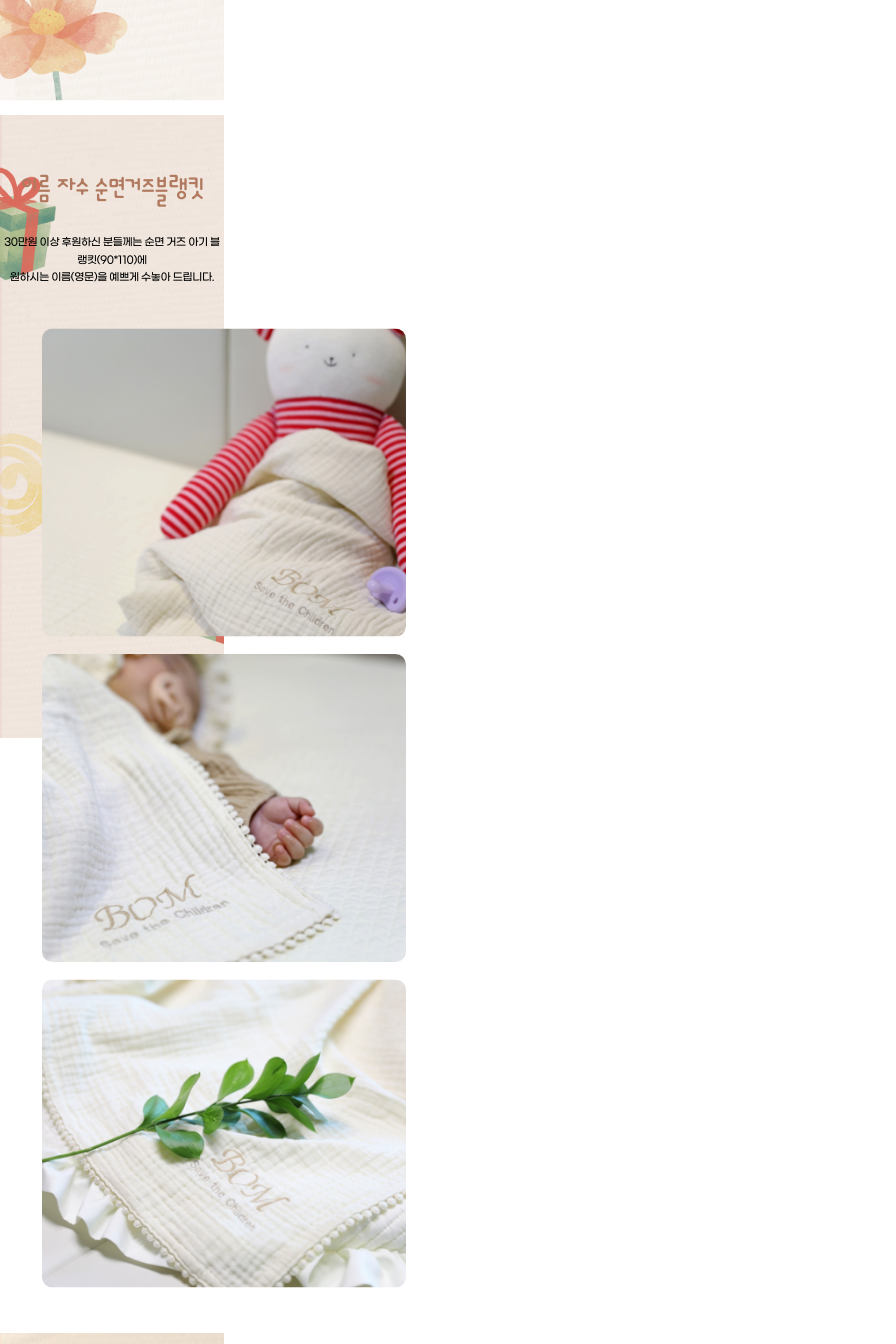
Repository: dlgywls1130/save_the_m320
Page: index.html
These files come from the project's save history. The page is drawn as it stood at one moment and after the next save; the edit follows.
The browser window is 1280 px wide. The pictures show the part of the page from y = 2975 to 4895 px (the page is 8180 px tall), at 70% of full size.

Above is the page before, as saved 2023-12-21 01:20:21.

### index.html
<!DOCTYPE html>
<html lang="en">
<head>
    <meta charset="UTF-8">
    <meta name="viewport" content="width=device-width, initial-scale=1.0">
    <title>세이브더칠드런</title>

    <link rel="stylesheet" href="./css/reset.css">
    <link rel="stylesheet" href="./css/style.css">

</head>
<body>
    <div class="content_body">
        <section class="section_wrapper section01">
            <div class="se01 se_wrapper">
                <div class="seo01_mobile_wrapp">
                    <div class="se01_sub">
                        <div class="sub_logo">
                            <img src="./img/logo01.png" alt="logo">
                        </div>
                        <p>우리 아기 좋은 날 기부</p>
                    </div>
                    <p class="seo01_title">
                        아가야,
                    </p>
                    <p class="seo01_title_two">
                        너의 <span id="rollingText">탄생</span> 순간을 축하해!
                    </p>
                </div>
                <div class="seo01_mobile_wrapp_bottom">
                    <p class="section_descript mb-45">
                        아이의 건강과 행복을
                        <br>바라는 마음을 담아,
                        <br>탄생, 백일, 첫 걸음마, 첫돌 등
                        <br>내 아이의 소중한 순간을
                        <br>기부로 기념해보세요.
                        <br>함께 자라나는 다른 아이들
                        <br>에게도 큰 축복이 됩니다..
                    </p>

                    <a class="donation_link" href="javascript:void(0)">우리 아기 좋은 날 기부</a>
                </div>

            </div>
        </section>
        <section class="section_wrapper section02">
            <div class="se02 se_wrapper">
                <div class="postit_wrapper">
                    <div class="postit postit01">
                        <p>우리 아들 우현이의<br>
                        200일을 축하해.<br>
                        <span>건강하게 자라줘서 고마워 <img src="./img/heart.png"></span>
                        늘 사랑받고 받은 사랑만큼<br>
                        베풀 수 있는 건강하고<br>
                        멋진 아들이 되길 바래!</p>
                    </div>
                    <div class="postit postit02">
                        <p>우리 새로아<Br>
                        백일 동안 무럭무럭 자라줘서<Br>
                        고마워~앞으로도 건강하고<Br>
                        우리 같이 재미있게 많이 놀자.<Br>
                        엄마,아빠가 많이 사랑해.</p>
                    </div>

                    <div class="postit postit05">
                        <p>사랑하는 도현이의<br>
                        첫 어린이날과 첫돌을<br>
                        기념하며, <br>
                        이웃을 사랑하는<br>
                        멋진 사람으로 자라길</p>

                    </div>
                    <!-- <div class="postit postit04">
                        <p>보미야<br>
                        첫 번째 생일 축하해<br>
                        너의 존재가 온 세상에<br>
                        봄이길 바랄게!   </p>
                    </div> -->

                    <!-- <div class="postit postit03">
                        <p>서진아<br>
                        우리에게 와줘서 고마워<br>
                        건강하고 행복하게 자라렴.<br>
                        사랑해♡      </p>
                    </div> -->

                </div>

            </div>
        </section>
        <section class="section_wrapper section03">
            <div class="se_wrapper se03">
                <div class="se_title_co">
                    아기의 좋은 날을<br> 기념해 주신 모든 분들께
                    <br>후원감사증서를 <br> 보내드립니다.
                </div>
                <div class="se_sub_co">
                    후원감사증서는<Br> 아기에게 남기고 싶은 메시지와 아기의 좋은 날이 담긴 사진을<br> 보관할 수 있도록
                    만들어드립니다.<br> 먼 훗날, 아기가 성장해 읽게 될 날을 그리며 편지를 써보세요.
                </div>
            </div>

        </section>
        <section class="section_wrapper section04">
            <div class="se_wrapper se04">
                <div class="se_title_co">
                    이름 자수 순면거즈블랭킷
                </div>
                <div class="se_sub_co">
                    30만원 이상 후원하신 분들께는 순면 거즈 아기 블랭킷(90*110)에
                    <Br>원하시는 이름(영문)을 예쁘게 수놓아 드립니다.
                </div>

                <div class="se04_slide mt-85">
                    <div class="se04_slide_list">
                        <img src="./img/slide03.jpg">
                    </div>
                    <div class="se04_slide_list">
                        <img src="./img/slide02.jpg">
                    </div>
                    <div class="se04_slide_list">
                        <img src="./img/slide01.jpg">
                    </div>
                </div>
            </div>
        </section>
        <section class="section_wrapper section05">
            <div class="se_wrapper se05">
                <div class="se_title_co">
                    후원신청 과정
                </div>


                <div class="se_sub_co">
                    30만원 이상 후원해 주신 경우,
                    <br>감사 선물 수령 주소 및 아기 블랭킷에 새겨질 문구 확인을 위한 문자가 발송됩니다.
                </div>

                <div class="se_step_list">
                    <div class="se_step">
                        <p class="step_number">1</p>
                        <div class="step_ico">
                            <img src="./img/icon01.png" alt="img">
                        </div>
                        <p class="step_descript">
                            후원신청하기
                        </p>
                    </div>
                    <div class="se_step">
                        <p class="step_number">2</p>
                        <div class="step_ico">
                            <img src="./img/icon02.png" alt="img">
                        </div>
                        <p class="step_descript">
                            후원감사증서
                            메시지 적기
                        </p>
                    </div>
                </div>
                <div class="se_step_list">
                    <div class="se_step">
                        <p class="step_number">3</p>
                        <div class="step_ico">
                            <img src="./img/icon03.png" alt="img">
                        </div>
                        <p class="step_descript">
                            신청완료
                        </p>
                    </div>
                    <div class="se_step">
                        <p class="step_number">4</p>
                        <div class="step_ico">
                            <img src="./img/icon04.png" alt="img">
                        </div>
                        <p class="step_descript">
                            후원감사증서 발송
                            (1주 이내)
                        </p>
                    </div>
                </div>


                <a class="donation_link" href="javascript:void(0)">우리 아기 좋은 날 기부</a>
            </div>

        </section>
        <section class="section_wrapper section06">
            <div class="se_wrapper se06">
                <div class="se_title_co">
                    후원금, 이렇게 쓰여요!
                </div>
                <div class="se_sub_co">
                    세이브더칠드런은 <Br><span>국내외 아동을 위한 교육,
                    <Br>보호, 보건영양지원,<Br> 아동권리옹호</span> 등의<Br> 활동을 해나가고 있습니다.
                </div>
                <div class="se_sub_co">
                    보내주신 후원금은<Br> 정치, 종교, 인종에 관계없이<Br> 모든 아이를 구해야 한다는
                    <Br>세이브더칠드런의 신념에 따라 <Br><span>가장 도움 필요한 아이를 위해 우선 사용</span>됩니다.
                </div>
            </div>

        </section>
        <section class="section_wrapper section07">
            <div class="se_wrapper se07">
                <div class="se_title_co">
                    FAQ
                </div>
                <div class="accordion">
                    <div class="accordion-item">
                        <h3 class="title">
                            <span>1. 30만원 이상 후원했습니다. <br>거즈 순면 블랭킷은 언제 오나요?</span>
                            <img src="./img/top.png">
                        </h3>
                        <p class="paragraph">
                            우리아기 축하기부로 30만원 이상 후원자님들께는 담요에 수놓을 아기 이름과
                            선물 수령 주소 확인을 위한 문자가 발송됩니다.
                            02-6900-4479로 발송되는 문자 속 설문조사에 답해주세요.
                            확인을 완료하신 분들께는 블랭킷 제작을 담당하고 있는 조니 스튜디오에서
                            아기 이름 자수 작업 완료 후 배송해 드립니다.

                        </p>
                    </div>
                    <div class="accordion-item">
                        <h3 class="title">
                            <span>2. 거즈 순면 블랭킷, 안전한 제품인가요?</span>
                            <img src="./img/top.png">
                        </h3>
                        <p class="paragraph">
                            본 블랭킷은 워싱된 3중 거즈로 제작되었으며, KC안전검사를 완료하였습니다.
                            소재 특성상 섬유 조각이 발생할 수 있어 망에 넣지 않고 3번 정도 물빨래 하시는 것을 권장합니다.

                        </p>
                    </div>
                    <div class="accordion-item">
                        <h3 class="title">
                            <span>3. 거즈 순면 블랭킷을 받았는 데 하자가 있어요. <Br>어떻게 해야 하나요? </span>
                            <img src="./img/top.png">
                        </h3>
                        <p class="paragraph">
                            070-4220-4123 (조니스튜디오 CS)로 전화 연락 부탁드립니다. 하자 물품에 대한 교환은 수령일로부터 7일 이내에 조니스튜디오에 연락해주셔야 하며, 이로 인한 후원금 환불은 어렵습니다.
                        </p>
                    </div>
                    <div class="accordion-item">
                        <h3 class="title">
                            <span>4. 후원감사증서에 넣을 수 있는 사진 사이즈는 <Br>얼마인가요?</span>
                            <img src="./img/top.png">
                        </h3>
                        <p class="paragraph">
                            사진 인화 사이즈 5*7 인치에 맞추어서 제작되었습니다.  그보다 작은 사진일 경우, 후원감사증서
                            내부의 주머니에 넣어 보관하실 수도  있습니다.

                        </p>
                    </div>
                </div>
            </div>

        </section>
        <section class="section_wrapper section08">
            <div class="se_wrapper se08">
                <div class="se08_postion">
                    <p class="se08_title">우리 아기 좋은 날 기부</p>
                    <p class="se08_descript">
                        탄생, 백일, 첫 걸음마, 첫돌...
                        <br>소중한 우리 아기의 성장을 기념해 보세요!
                        <br>아기의 좋은 날이 모여 세상의 행복이 됩니다.
                    </p>
                    <a href="javascript:void(0)" class="more_btn">
                        <p>자세히보기</p>
                        <svg xmlns="http://www.w3.org/2000/svg" width="16" height="16" fill="currentColor" class="bi bi-chevron-right" viewBox="0 0 16 16">
                            <path fill-rule="evenodd" d="M4.646 1.646a.5.5 0 0 1 .708 0l6 6a.5.5 0 0 1 0 .708l-6 6a.5.5 0 0 1-.708-.708L10.293 8 4.646 2.354a.5.5 0 0 1 0-.708z"/>
                        </svg>
                    </a>
                </div>

            </div>
        </section>
    </div>

    <script src="https://ajax.googleapis.com/ajax/libs/jquery/1.12.4/jquery.min.js"></script>
    <script src="./js/main.js"></script>
</body>
</html>

### css/reset.css


html, body, div, span, applet, object, iframe,
h1, h2, h3, h4, h5, h6, p, blockquote, pre,
a, abbr, acronym, address, big, cite, code,
del, dfn, em, img, ins, kbd, q, s, samp,
small, strike, strong, sub, sup, tt, var,
b, u, i, center,
dl, dt, dd, ol, ul, li,
fieldset, form, label, legend,
table, caption, tbody, tfoot, thead, tr, th, td,
article, aside, canvas, details, embed,
figure, figcaption, footer, header, hgroup,
menu, nav, output, ruby, section, summary,
time, mark, audio, video {
	margin: 0;
	padding: 0;
	border: 0;
	font-size: 100%;
	font: inherit;
	vertical-align: baseline;
}

article, aside, details, figcaption, figure,
footer, header, hgroup, menu, nav, section {
	display: block;
}
body {
	line-height: 1;
}
ol, ul {
	list-style: none;
}
blockquote, q {
	quotes: none;
}
blockquote:before, blockquote:after,
q:before, q:after {
	content: '';
	content: none;
}
table {
	border-collapse: collapse;
	border-spacing: 0;
}

### css/style.css

/* root */
:root{
    --main-color:#B17A60;
    --pink-color:#F79497;
}


/* font */

/* dongle */
@font-face {
    font-family: 'Dongle';
    font-weight: 300;
    src: url('../font/Dongle-Light.ttf') format('ttf'),
    url('../font/Dongle-Light.woff') format('woff');
}

@font-face {
    font-family: 'Dongle';
    font-weight: 500;
    src: url('../font/Dongle-Regular.ttf') format('ttf'),
    url('../font/Dongle-Regular.woff') format('woff');
}

@font-face {
    font-family: 'Dongle';
    font-weight: 700;
    src: url('../font/Dongle-Bold.ttf') format('ttf'),
    url('../font/Dongle-Bold.woff') format('woff');
}


/* Gmarket */
@font-face {
    font-family: 'GmarketSans';
    font-weight: 300;
    src: url('../font/GmarketSansLight.ttf') format('ttf'),
    url('../font/GmarketSansLight.woff') format('woff');
}

@font-face {
    font-family: 'GmarketSans';
    font-weight: 500;
    src: url('../font/GmarketSansMedium.ttf') format('ttf'),
    url('../font/GmarketSansMedium.woff') format('woff');
}

@font-face {
    font-family: 'GmarketSans';
    font-weight: 700;
    src: url('../font/GmarketSansBold.ttf') format('ttf'),
    url('../font/GmarketSansBold.woff') format('woff');
}


/* nanumsqure */

@font-face {
    font-family: 'NanumSquare';
    font-weight: 400;
    src: url('../font/NanumSquareL.ttf') format('ttf'),
    url('../font/NanumSquareL.woff') format('woff');
}

@font-face {
    font-family: 'NanumSquare';
    font-weight: 500;
    src: url('../font/NanumSquareR.ttf') format('ttf'),
    url('../font/NanumSquareR.woff') format('woff');
}

@font-face {
    font-family: 'NanumSquare';
    font-weight: 600;
    src: url('../font/NanumSquareB.ttf') format('ttf'),
    url('../font/NanumSquareB.woff') format('woff');
}

@font-face {
    font-family: 'NanumSquare';
    font-weight: 700;
    src: url('../font/NanumSquareEB.ttf') format('ttf'),
    url('../font/NanumSquareEB.woff') format('woff');
}



/* scdream5 */
@font-face {
    font-family: 'SCDream5';
    src: url('../font/SCDream5.woff') format('woff'),
    url('../font/SCDream5.ttf') format('ttf'),
    url('../font/SCDream5.otf') format('otf');
}


.section_wrapper{
    max-width:320px;
    width: 100%;

}

.se_wrapper{
    max-width: 320px;
    width: 100%;
    position: relative;
    box-sizing: border-box;
}


/* section01 */


.section01{
    background: url(../img/back01.jpg) no-repeat;
    height: 1000px;
    background-size: cover;
    background-position: 86%;
}

.se01{
    padding: 60px 20px;
    box-sizing: border-box;
    height: 100%;
    position: relative;
    display: flex;
    flex-direction: column;
    justify-content: space-between;
}
.se01_sub{
    display: flex;
    align-items: center;
    margin-bottom: 30px;
    flex-direction: column;
}

.sub_logo{
    width: 125px;
    height: 40px;
    margin-right: 10px;
}

.sub_logo img{
    width: 100%;
    height: 100%;
    object-fit: contain;
}

.se01_sub p{
    width: 190px;
    height: 30px;
    background: #B17A60;
    border-radius: 15px;
    display: flex;
    align-items: center;
    justify-content: center;
    letter-spacing: -0.03em;
    font-size: 15px;
    font-weight: 700;
    font-family: 'GmarketSans',sans-serif;
    color: #fff;
}

.seo01_title{
    font-family: 'Dongle',sans-serif;
    font-weight: 500;
    font-size: 100px;
    color: var(--main-color);
    letter-spacing: -0.03em;
    text-align: center;
}

.seo01_title_two{
    font-family: 'Dongle',sans-serif;
    font-weight: 500;
    font-size: 50px;
    color: var(--main-color);
    letter-spacing: -0.03em;
    margin-top: -7%;
    margin-bottom: 50px;
    display: flex;
    align-items: center;
    white-space: nowrap;
    text-align: center;
}

.seo01_title_two span{
    margin: 0 0.5rem;
}
.section_descript{
    font-size: 15px;
    line-height: 25px;
    font-family: 'GmarketSans';
    font-weight: 500;
    letter-spacing: -0.03em;
    color: #000;
    text-align: center;
}

.donation_link{
    width: 300px;
    height: 50px;
    border-radius: 100px;
    display: flex;
    align-items: center;
    justify-content: center;
    background: var(--pink-color);
    color: #fff;
    font-family: 'GmarketSans';
    font-size: 20px;
    font-weight: 700;
    letter-spacing: -0.03em;
    text-decoration: none;
    margin: 40px auto 0;
}


@keyframes roll {
    from {
        transform: translateY(40%);
        opacity: 0;
    }
    to {
        transform: translateY(0);
        opacity: 1;
    }
  }


  #rollingText.animate-text {
    animation: roll 0.5s ease-in-out;
}

/* section02 */

.section02{
    height: 940px;
    background: url('../img/back02.jpg') no-repeat;
}

.se02{
    box-sizing: border-box;
    height: 100%;
}
.postit_wrapper{
    width: 100%;
    padding: 40px 20px;
    position: relative;
    display: flex;
    flex-direction: column;
    align-items: center;
    box-sizing: border-box;
}

.ex_text{
    font-family: 'GmarketSans';
    font-size: 20px;
    font-weight: 500;
    letter-spacing: -0.03em;
}


.postit p img{
    width: 15px;
    height: auto;
    object-fit: contain;
}
.postit p{
    font-family: 'SCDream5';
    font-size: 15px;
    line-height: 25px;
    text-align: center;
    display: flex;
    justify-content: center;
    align-items: center;
    flex-direction: column;
    height: 100%;
}

.postit01{
    background:url('../img/post04.png') no-repeat;
    width: 285px;
    height: 300px;
    background-size: contain;
    box-sizing: border-box;
}

.postit01 p{
    transform: rotate(358deg);
}

.postit02{
    background: url('../img/post05.png') no-repeat;
    width: 285px;
    height: 300px;
    background-size: contain;
    box-sizing: border-box;
    margin-top: -27%;
}

.postit02 p{
    transform: rotate(7deg);
}

.postit03{
    background:url('../img/post02.png') no-repeat;
    width: 285px;
    height: 300px;
    background-size: contain;
    box-sizing: border-box;
    margin-top: -25%;
    transform: rotate(-14deg);
}

.postit03 p{
    transform: rotate(-7deg);
}

.postit04{
    background: url(../img/post03.png) no-repeat;
    width: 285px;
    height: 300px;
    background-size: cover;
    box-sizing: border-box;
    margin-top: -24%;
    transform: rotate(14deg);
}

.postit04 p{
    transform: rotate(7deg);
}

.postit05{
    background:url('../img/post01.png') no-repeat;
    width: 285px;
    height: 300px;
    background-size: contain;
    box-sizing: border-box;
    margin-top: -22%;
}

.postit05 p{
    transform: rotate(-9deg);
}

/* section03 */

.section03{
    height: 1200px;
    background: url('../img/back03.jpg') no-repeat;
}

.se03{
    padding: 100px 20px 70px;
    box-sizing: border-box;
    height: 100%;
}


.se_title_co{
    font-size: 50px;
    line-height: 50px;
    letter-spacing: -0.03em;
    font-family: 'Dongle';
    font-weight: 500;
    color: var(--main-color);
    text-align: center;
}

.se_sub_co{
    font-size: 15px;
    letter-spacing: -0.03em;
    line-height: 25px;
    font-family: 'GmarketSans';
    font-weight: 500;
    text-align: center;
    margin-top: 40px;
}

/* section04 */

.section04{
    height: 1740px;
    background: url('../img/back04.jpg') no-repeat;
}

.se04{
    padding: 80px 0 130px;
    box-sizing: border-box;
    height: 100%;
}

.se04_slide{
    margin: 60px auto 0;
    padding: 0 60px;
}


.se04_slide_list{
    width: 520px;
    height: 440px;
    border-radius: 9px;
    margin-bottom: 25px;
}

.se04_slide_list img{
    width:100%;
height: 100%;
object-fit: cover;
border-radius: 15px;
}
/* section05 */
.section05{
    height: 1000px;
    background: url('../img/back05.jpg') no-repeat;
}

.se05{
    padding: 80px 60px 140px;
    box-sizing: border-box;
    height: 100%;
}

.se_step_list{
    display: flex;
    align-content: center;
    margin-top: 20px;
    position: relative;
    flex-wrap: wrap;
    justify-content: space-between;
}


.se_step_list .se_step{
    position: relative;
    display: flex;
    flex-direction: column;
    align-items: center;
}

.step_number{
    font-size: 25px;
    letter-spacing: -0.03em;
    line-height: 35px;
    font-weight: 700;
    font-family: 'GmarketSans';
    position: absolute;
    left: 19%;
    top: 0;
    color: var(--main-color);
    z-index: 2;
}

.se_step_list .se_step .step_ico{
    width: 200px;
    height: 200px;
    border-radius: 50%;
    background-color: #fff;
    display: flex;
    align-items: center;
    justify-content: center;
    position: relative;
    z-index: 1;
}

.se_step_list .se_step .step_ico img {
    width: 138px;
    height: 138px;
    object-fit: contain;
    object-position: 73%;
}

.step_descript{
    font-size: 20px;
    letter-spacing: -0.03em;
    line-height: 23px;
    font-weight: 500;
    font-family: 'GmarketSans';
    text-align: center;
    margin-top: 20px;
    color: var(--main-color);
}


.section05 .donation_link{
    margin: 70px auto 0;
}


/* section06 */
.section06{
    height:800px;
    background: url('../img/back06.jpg') no-repeat;
}

.se06{
    padding: 155px 0;
    height: 100%;
    box-sizing: border-box;
}


.se_sub_co span{
    font-weight: 700;
}
/* section07 */

.section07{
    height:1000px;
    background: url('../img/back07.jpg') no-repeat;
}

.se07{
    padding: 100px 0;
    height: 100%;
    box-sizing: border-box;
}


.accordion{
    margin-top: 38px;
}
.accordion-item {
    padding:15px 30px;
    margin: 0;
    overflow: hidden;
}

.accordion-item .title {
    display: flex;
    justify-content: space-between;
    align-items: center;
    font-weight: 700;
    font-size: 20px;
    line-height: 30px;
    letter-spacing: -0.03em;
    cursor: pointer;
    width: 100%;
    height: 100px;
    border-radius: 50px;
    background-color: #fff;
    color: var(--main-color);
    padding: 0 50px;
    font-family: 'GmarketSans';
    box-sizing: border-box;
    text-indent: -10px;
}

.accordion-item .title img {
    font-size: 0.9rem;
    color: #454545;
    transform: rotate(0);
    transition: transform 0.15s ease;
}

.accordion-item .paragraph {
    font-weight: 500;
    font-size: 20px;
    letter-spacing: -0.03em;
    color: #000;
    display: none;
    padding: 30px 35px 15px;
    list-style: inside;
    line-height: 30px;
    font-family: 'GmarketSans';
}

.accordion-item .paragraph .indent{
    text-indent: 1rem;
}


.accordion-item .paragraph span{
    font-weight: bold;
}

.accordion-item.active .title img{
    transform: rotate(180deg);
}

.accordion-item.active .paragraph {
    display: block;
}


/* section08 */

.section08{
    height:500px;
    background: url('../img/banner.jpg') no-repeat;
}
.se08{
    position: relative;
    height: 100%;
}

.se08_postion{
    display: flex;
    align-items: center;
    justify-content: center;
    flex-direction: column;
    height: 100%;
}

.se08_title{
    font-family: 'NanumSquare';
    font-weight: 600;
    font-size: 30px;
    letter-spacing: -0.05em;
    line-height: 50px;
    position: relative;
    text-align: center;
    margin-bottom: 30px;
}



.se08_descript{
    font-family: 'NanumSquare';
    font-weight: 500;
    font-size: 20px;
    line-height: 30px;
    letter-spacing: -0.05em;
    text-align: center;
}

.more_btn{
    margin-top: 38px;
    width: 150px;
    height: 40px;
    background: #543F2C;
    display: flex;
    align-items: center;
    justify-content: center;
    text-decoration: none;
}

.more_btn p{
    font-family: 'NanumSquare';
    font-weight: 500;
    font-size: 18px;
    color: #fff;

}

.more_btn svg{
    fill: #fff;
}

Loaded but not shown: js/main.js (46 lines, source omitted)

After the next save:
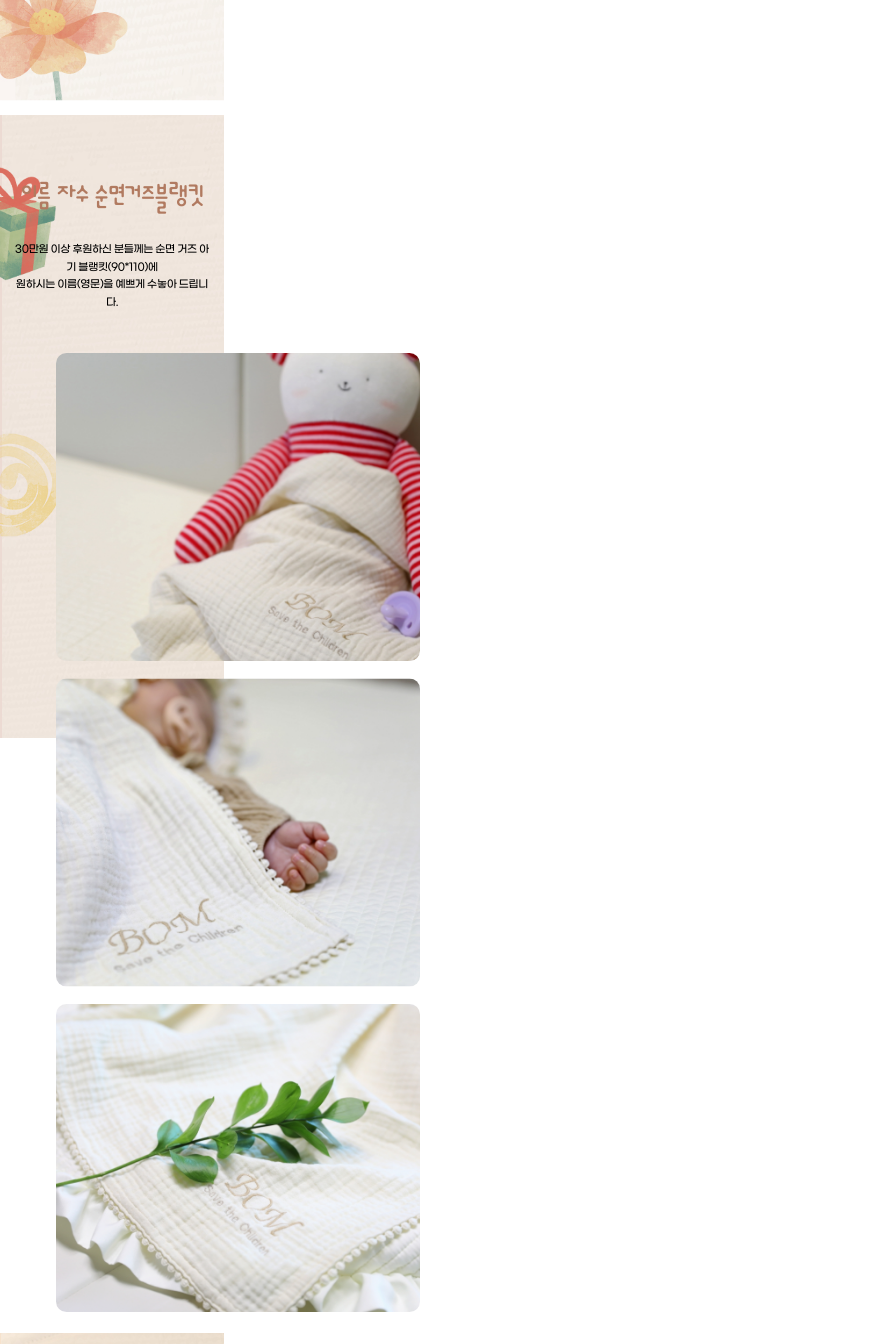
Saved 60 s later.
--- a/css/style.css
+++ b/css/style.css
@@ -386,7 +386,7 @@
 }
 
 .se04{
-    padding: 80px 0 130px;
+    padding: 90px 20px;
     box-sizing: border-box;
     height: 100%;
 }
